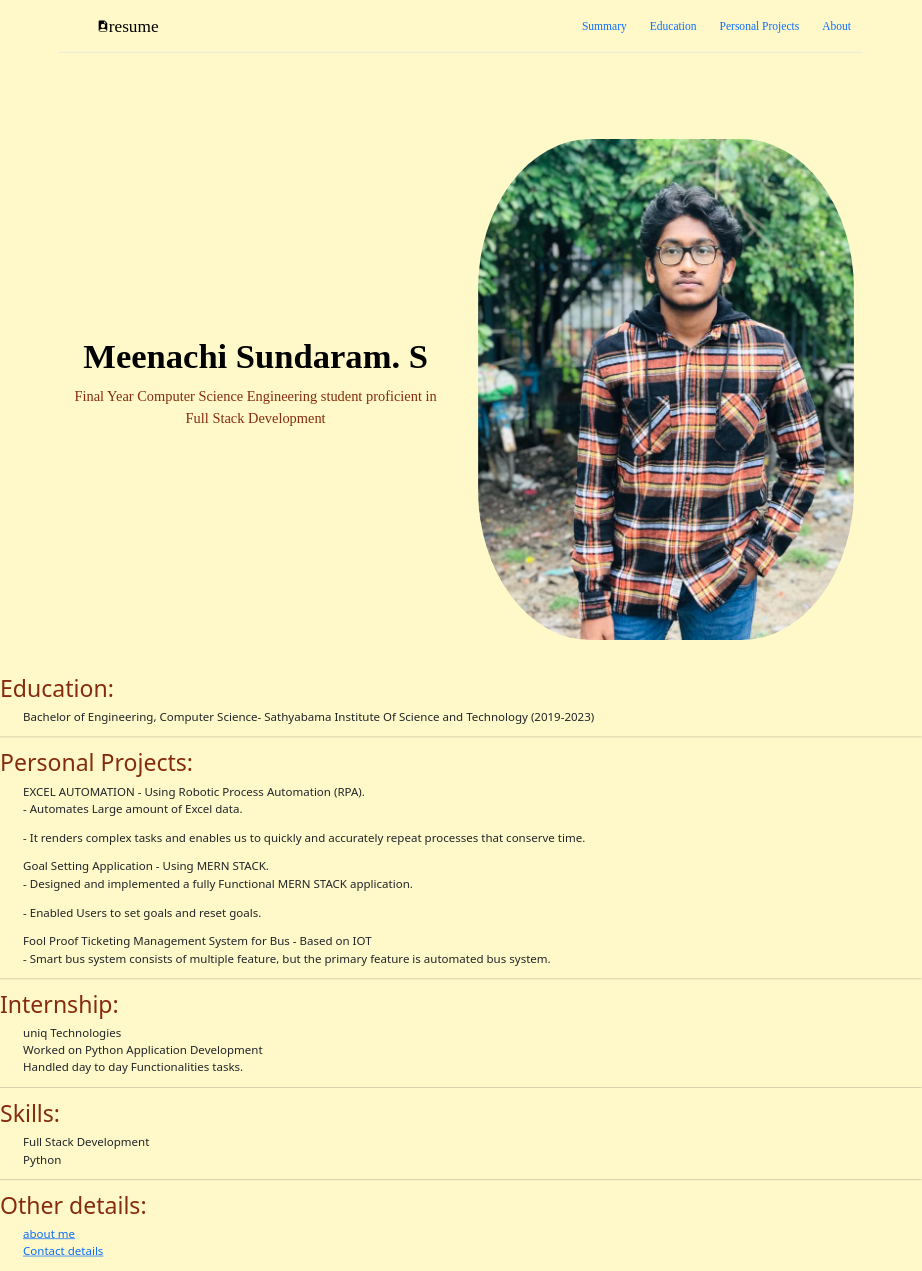
Repository: MeenachiSUNDARAM7/web-dev-projects
Page: resume page/index.html
The author's editor kept a copy of each file at every save. The page is drawn from the files as they stood at one save, then again after the next save.
The browser window is 1280 px wide. The pictures show the whole page, at 72% of full size.

Above is the page before, as saved 2023-07-19 00:07:14.

After the next save:
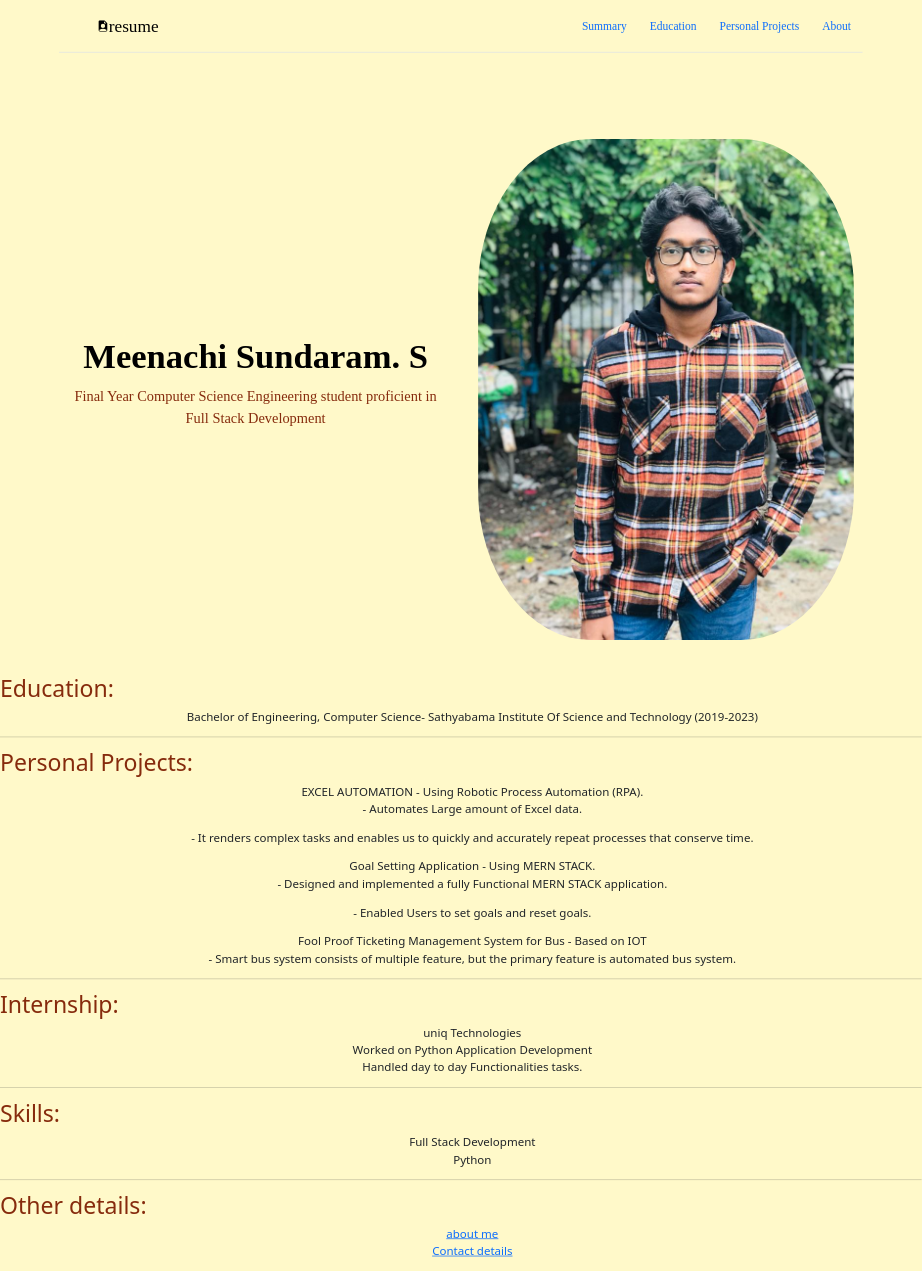
Saved 7 min 7 s later.
--- a/resume page/style.css
+++ b/resume page/style.css
@@ -2,14 +2,17 @@ body {
     background-color: rgb(255, 249, 201);
 }
 
-.my-5 {
-    text-align: center;
-}
+
 
 .container {
     text-align: center;
+    text-align: center;
     color: rgb(134, 43, 13);
     font-family: serif
+}
+
+.py-5 {
+    text-align: center;
 }
 
 
@@ -23,6 +26,7 @@ img {
 
 ul {
     list-style-type: none;
+    text-align: center;
 }
 
 h2 {
